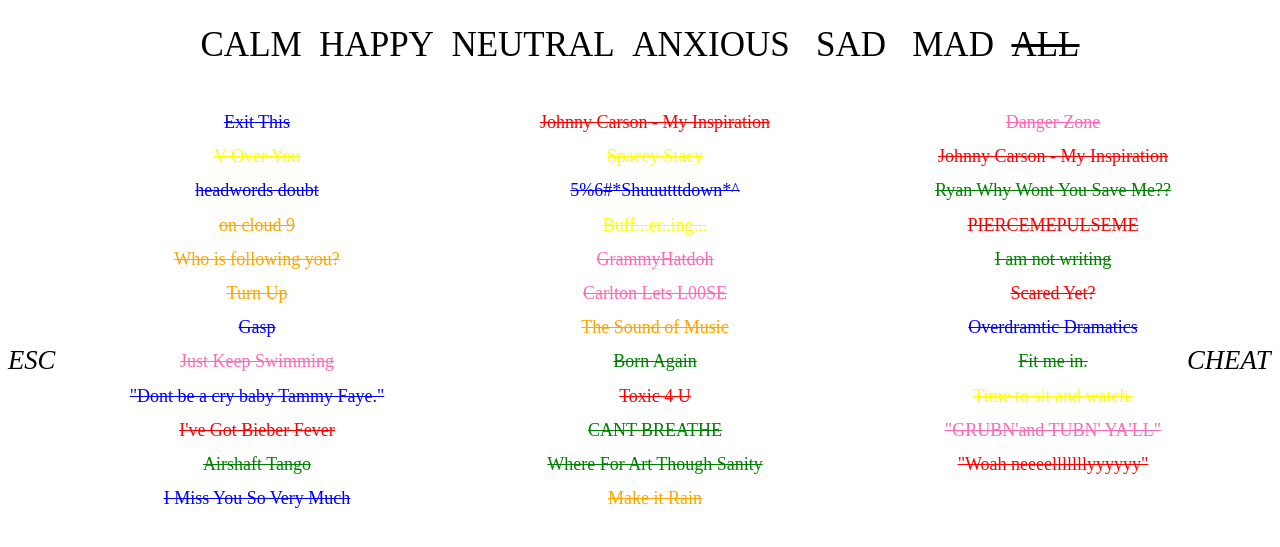
Repository: bradk647/bradk647.github.io
Page: cheat/allcheat.html
The author's editor kept a record of every edit. The page is drawn from the files as they stood at one moment, then again after the next edit.
The browser window is 1280 px wide. The pictures show the whole page.

Above is the page before.

After the next edit:
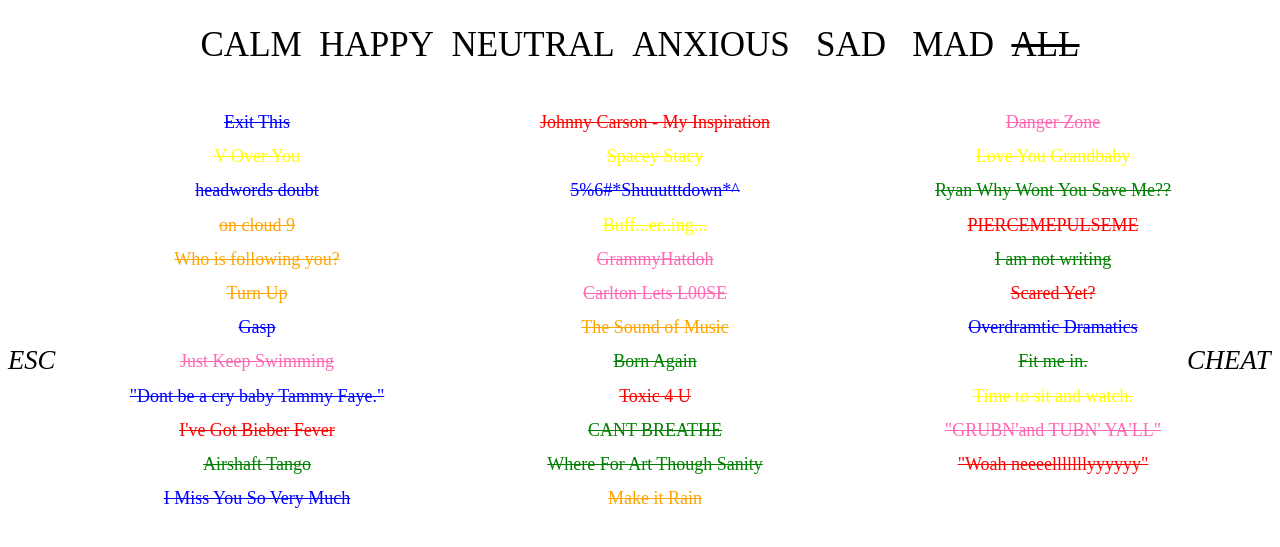
The edit:
--- a/cheat/allcheat.html
+++ b/cheat/allcheat.html
@@ -59,7 +59,7 @@
             <a href="../bunny/shakespere.html" div id="green"><li>Where For Art Though Sanity </li></a>
              <a href="../bunny/MakeItRain.html" div id="orange"><li>Make it Rain</li></a>
             <a href="../bunny/dangerzone.html" div id="pink"><li>Danger Zone </li></a>
-            <a href="../bunny/SHOUT.html" div id="red"><li>Johnny Carson - My Inspiration </li></a>
+            <a href="../bunny/oldpeople.html" div id="yellow"><li>Love You Grandbaby</li></a>
             <a href="../bunny/buried.html" div id="green"><li>Ryan Why Wont You Save Me??</li></a>
             <a href="../bunny/PUSLEME.html" div id="red"><li>PIERCEMEPULSEME</li></a>
             <a href="../bunny/NotWriting.html" div id="green"><li>I am not writing</li></a>
